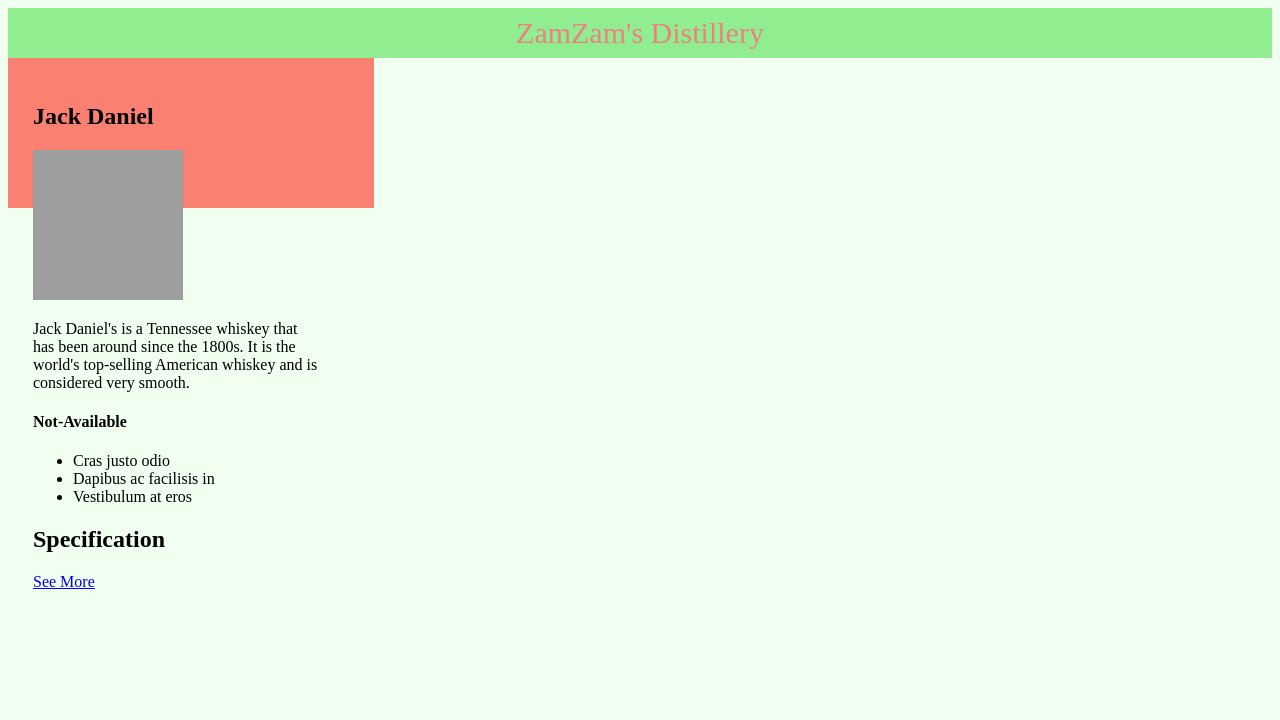
Repository: ZamlZam/REPO-11
Page: product-cards/index.html
These files come from the project's save history. The page is drawn as it stood at one moment and after the next save; the edit follows.
The browser window is 1280 px wide. The pictures show the whole page.
Pictures or frames that could not be fetched are drawn as grey boxes.

Above is the page before, as saved 2023-04-13 13:48:43.

### product-cards/index.html
<!DOCTYPE html>
<html lang="en">
<head>
  <meta charset="UTF-8">
  <meta http-equiv="X-UA-Compatible" content="IE=edge">
  <meta name="viewport" content="width=device-width, initial-scale=1.0">
  <title>Document</title>
  <link rel="stylesheet" href="main.css">
</head>
<body>

  <div class ="wrapper">
    <div class="header"> ZamZam's Distillery</div>

  <div class="card-wrap">
    <div class="card1" style="width: 18rem;">
      <h2 class="Jack Daniel">Jack Daniel</h2>
     <img src="https://www.finewinedelivery.co.nz/content/products/original/16561.jpg?width=1136" height = "150px" width="150px" alt="">
    <div class="card-body">

      <p class="card-text">Jack Daniel's is a Tennessee whiskey that has been around since the 1800s. It is the world's top-selling American whiskey and is considered very smooth.</p>
    </div>
  </div>
    <h4 class="Available">Not-Available</h4>
    <ul class="list-group list-group-flush">
      <li class="list-group-item">Cras justo odio</li>
      <li class="list-group-item">Dapibus ac facilisis in</li>
      <li class="list-group-item">Vestibulum at eros</li>
    </ul>
    <h2 class="specification">Specification</h2>
    <div class="card-body">
      <a href="#" class="btn btn-primary">See More</a>

    </div>
  </div>
  </div>
</body>


</html>

### product-cards/main.css
body{
  background-color:honeydew;
}

.wrapper .header {
  width: 100%;
  height: 50px;
  background: lightgreen;
  color: lightcoral;
  text-align: center;
  align-items: center;
  font-size: 30px;
  display:flex;
  justify-content: center;
  font-weight:500;
}

.card-wrap {
  padding: 25px;
  background-color:salmon;
  width: 25%;
  height: 100px;


}

After the next save:
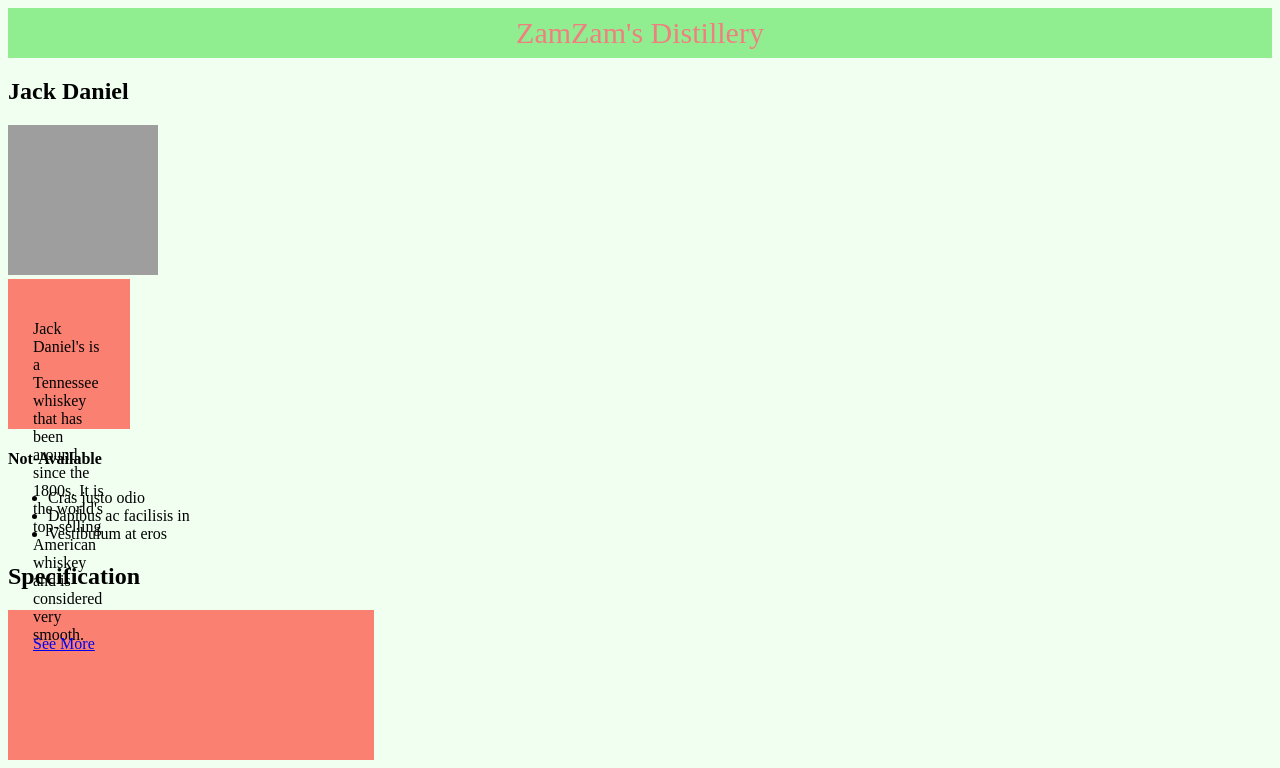
Saved 61 s later.
--- a/product-cards/main.css
+++ b/product-cards/main.css
@@ -15,7 +15,7 @@
   font-weight:500;
 }
 
-.card-wrap {
+.card-wrap .card-body{
   padding: 25px;
   background-color:salmon;
   width: 25%;

After the 2 saves that followed:
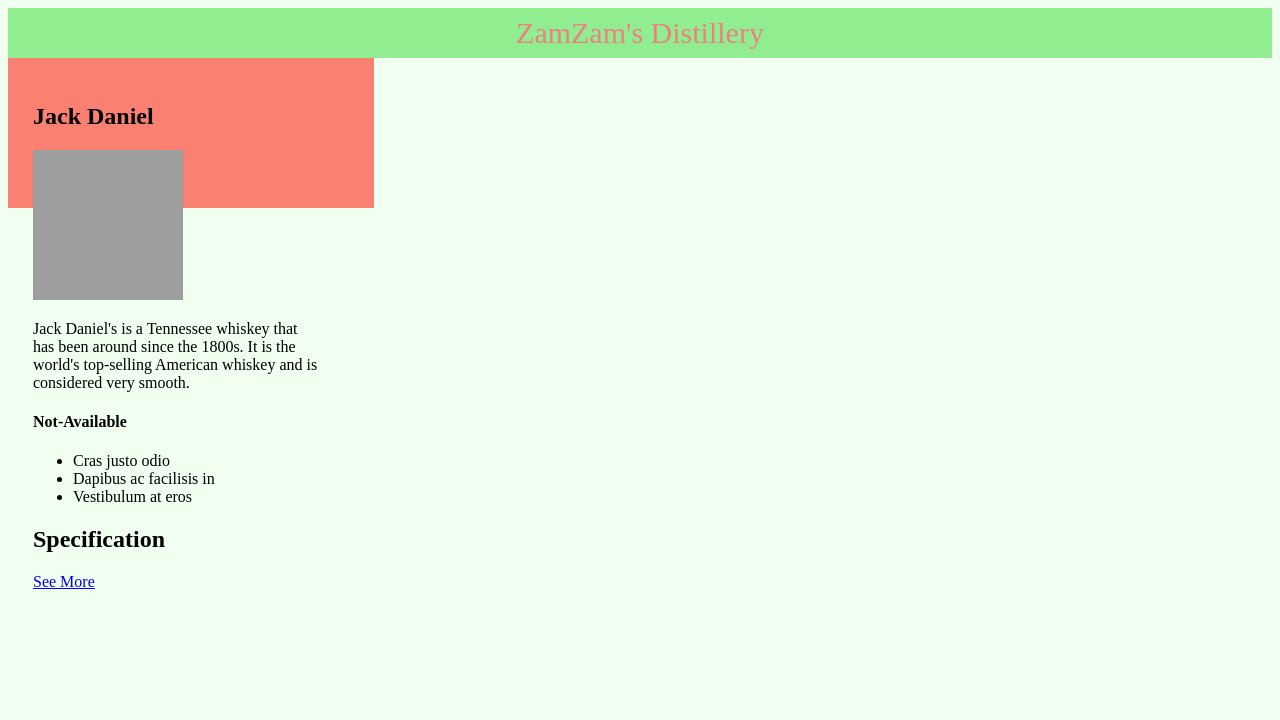
The 2 saves are shown as one change because they came seconds apart.
The last was saved 23 s later.
--- a/product-cards/main.css
+++ b/product-cards/main.css
@@ -15,7 +15,7 @@
   font-weight:500;
 }
 
-.card-wrap .card-body{
+.card-wrap {
   padding: 25px;
   background-color:salmon;
   width: 25%;
